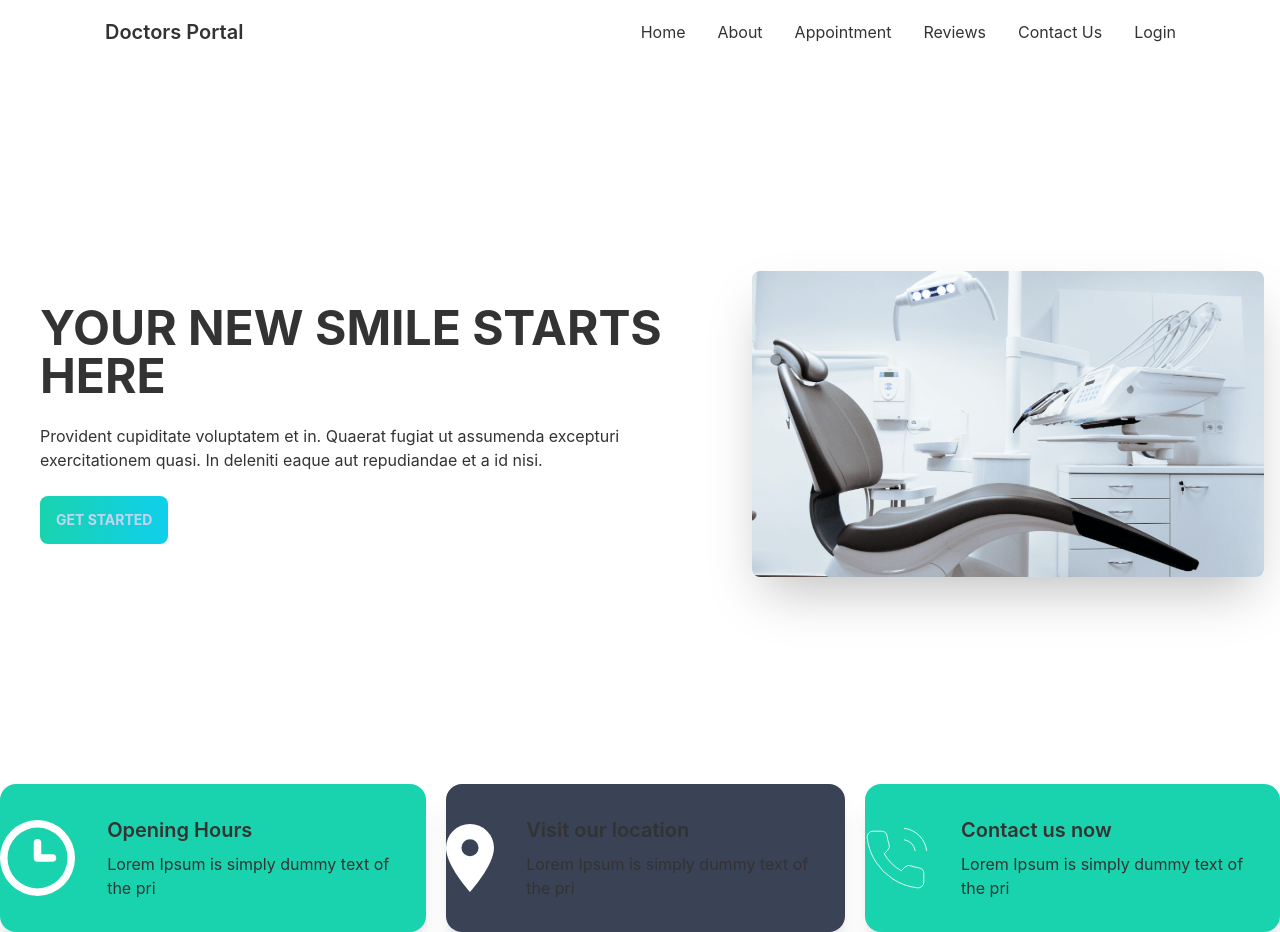
Repository: shikubro90/doctorsportal
Page: /
An editor plug-in stored every save of this project. The page is shown before and after a run of saves, followed by the edit.
The browser window is 1280 px wide. The pictures show the whole page.
The project was rebuilt for these pictures with package versions that can differ from the ones it lists, and the page was loaded fresh each time. Also part of the build but not shown: src/App.css, src/Pages/About/About.jsx.

Above is the page before, as saved 2022-09-28 17:03:39.

After the next 3 saves:
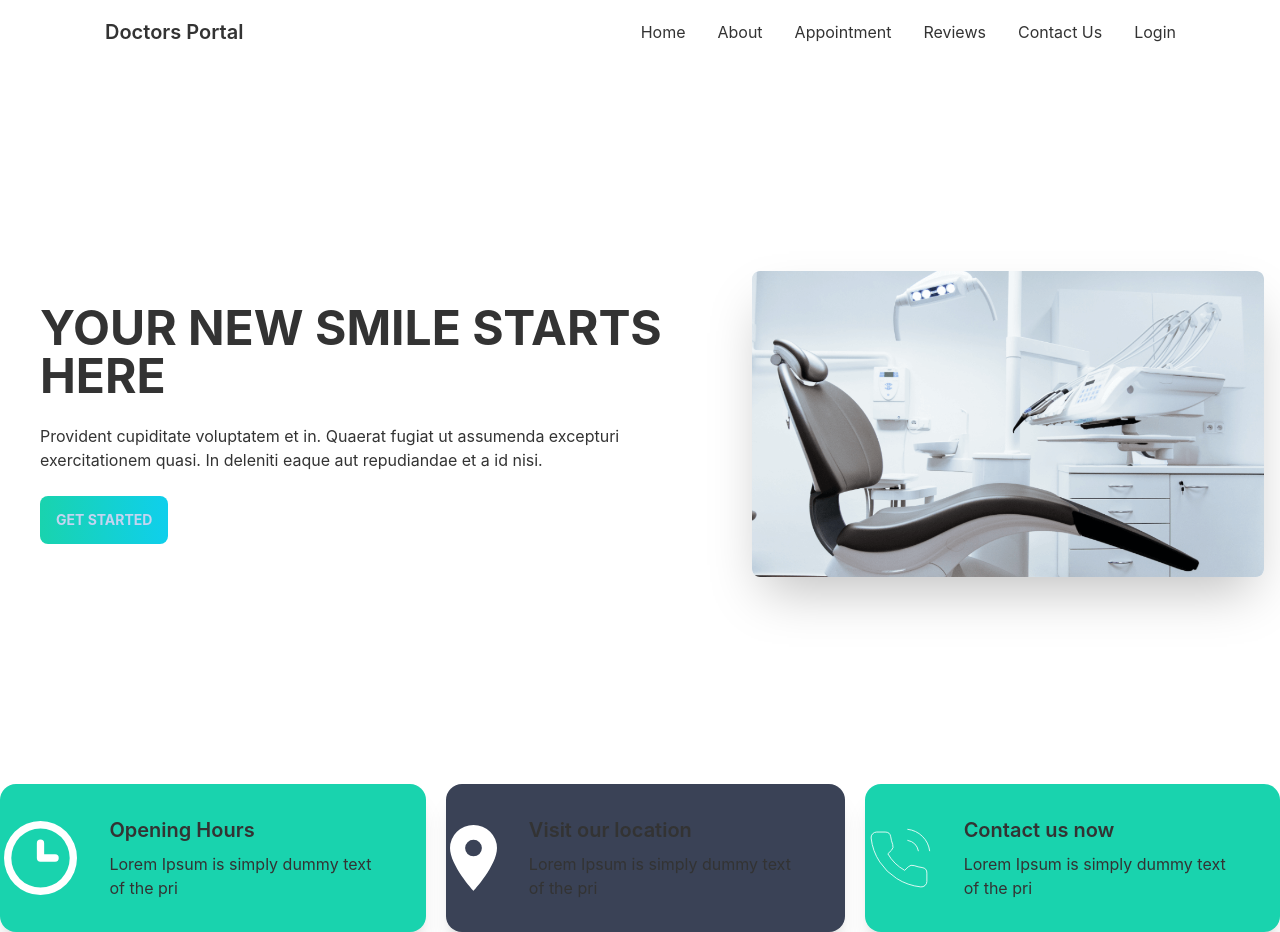
The 3 saves are shown as one change because they came seconds apart.
The last was saved 36 s later.
--- a/src/Pages/Home/MiniCard.jsx
+++ b/src/Pages/Home/MiniCard.jsx
@@ -3,7 +3,7 @@ const MiniCard = (props) => {
   return (
     <div
       key={id}
-      className="card card-side bg-base-100 shadow-xl flex items-center justify-center"
+      className="card card-side bg-base-100 shadow-xl flex items-center justify-center px-1"
       style={style}
     >
       <div className="">
